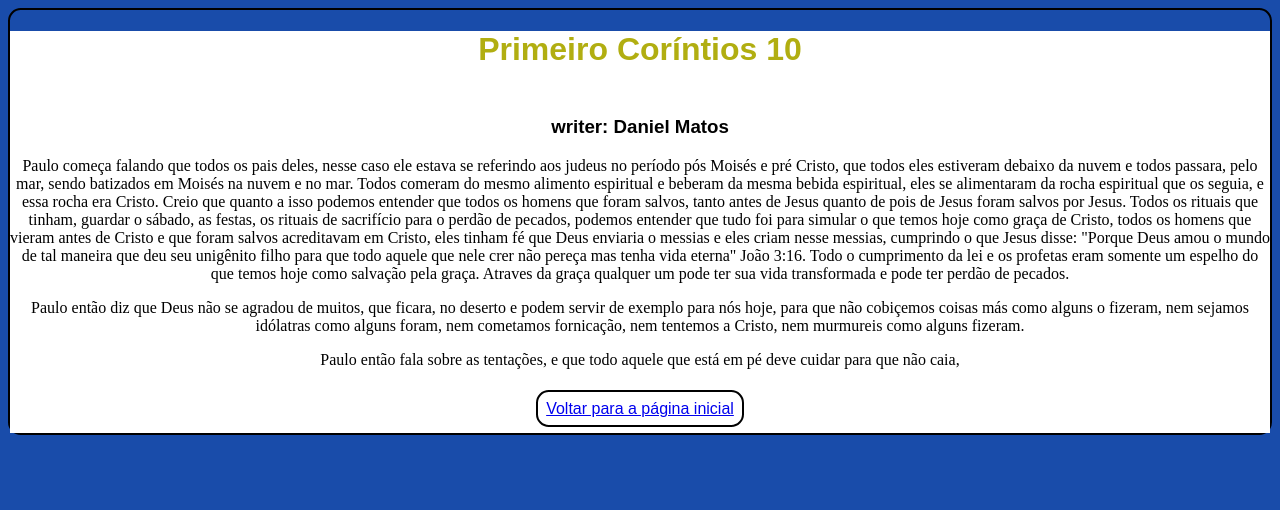
Repository: batmit/FutureFundation.github.io-1
Page: menu/articles/cristianism/coríntios/coríntios10.html
These files come from the project's save history. The page is drawn as it stood at one moment and after the next save; the edit follows.
The browser window is 1280 px wide. The pictures show the whole page.

Above is the page before, as saved 2021-08-26 12:52:05.

### menu/articles/cristianism/coríntios/coríntios10.html
<!DOCTYPE html>
<html lang="pt-BR">
<head>
    <meta charset="UTF-8">
    <meta http-equiv="X-UA-Compatible" content="IE=edge">
    <meta name="viewport" content="width=device-width, initial-scale=1.0">
    <title>Primeiro Coríntios 10</title>
    <link rel="stylesheet" href="/menu/main.css">
</head>
<body>

    <div id="all">
        <header>
            <h1>Primeiro Coríntios 10</h1>
            <h3>writer: Daniel Matos</h3>
        </header>

        <p>Paulo começa falando que todos os pais deles, nesse caso ele estava se referindo aos judeus no período pós Moisés e pré Cristo, que todos eles estiveram debaixo da nuvem e todos passara, pelo mar, sendo batizados em Moisés na nuvem e no mar. Todos comeram do mesmo alimento espiritual e beberam da mesma bebida espiritual, eles se alimentaram da rocha espiritual que os seguia, e essa rocha era Cristo. Creio que quanto a isso podemos entender que todos os homens que foram salvos, tanto antes de Jesus quanto de pois de Jesus foram salvos por Jesus. Todos os rituais que tinham, guardar o sábado, as festas, os rituais de sacrifício para o perdão de pecados, podemos entender que tudo foi para simular o que temos hoje como graça de Cristo, todos os homens que vieram antes de Cristo e que foram salvos acreditavam em Cristo, eles tinham fé que Deus enviaria o messias e eles criam nesse messias, cumprindo o que Jesus disse: "Porque Deus amou o mundo de tal maneira que deu seu unigênito filho para que todo aquele que nele crer não pereça mas tenha vida eterna" João 3:16. Todo o cumprimento da lei e os profetas eram somente um espelho do que temos hoje como salvação pela graça. Atraves da graça qualquer um pode ter sua vida transformada e pode ter perdão de pecados. </p>

        <p>Paulo então diz que Deus não se agradou de muitos, que ficara, no deserto e podem servir de exemplo para nós hoje, para que não cobiçemos coisas más como alguns o fizeram, nem sejamos idólatras como alguns foram, nem cometamos fornicação, nem tentemos a Cristo, nem murmureis como alguns fizeram. </p>

        <p>Paulo então fala sobre as tentações, e que todo aquele que está em pé deve cuidar para que não caia, </p>


        <a href="/index.html">Voltar para a página inicial</a>
    </div>
</body>
</html>

### menu/main.css
body{

    text-align: center;

    border: black 2px solid;

    border-radius: 0.8rem;

    font-family: 'Poppins', sans-serif;

    background-color: #194caa;


}

#articles {
    gap: 3px;
}

#all{

    background-color: white;

}


#codigo{
    text-align:left;

}


img{
    text-align: center;
    justify-content: center;

}

p{

    font-family: 'Poppins';

}
a{
    border: 2px solid black;

    border-radius: 0.8rem;

    box-sizing: border-box;

    padding: 0.5rem;

    line-height:3rem;

    margin: 2px;


}

a:hover{

    background-color:rgb(80, 158, 231);

}

h1{

    margin-bottom: 3rem;

    color: rgb(177, 174, 17);

}

audio {
    -webkit-transition:all 0.5s linear;
    -moz-transition:all 0.5s linear;
    -o-transition:all 0.5s linear;
    transition:all 0.5s linear;
    -moz-box-shadow: 2px 2px 4px 0px #006773;
    -webkit-box-shadow:  2px 2px 4px 0px #006773;
    box-shadow: 2px 2px 4px 0px #006773;
    -moz-border-radius:7px 7px 7px 7px ;
    -webkit-border-radius:7px 7px 7px 7px ;
    border-radius:7px 7px 7px 7px ;
}

audio:hover, audio:focus, audio:active {

-webkit-box-shadow: 15px 15px 20px rgba(0,0, 0, 0.4);
-moz-box-shadow: 15px 15px 20px rgba(0,0, 0, 0.4);
box-shadow: 15px 15px 20px rgba(0,0, 0, 0.4);
-webkit-transform: scale(1.05);
-moz-transform: scale(1.05);
transform: scale(1.05);

}



@media (max-width: 900px) {


    a{

        display: block;
        line-height: 0.5rem;
        padding: 1rem;

    }

    #img{
        text-align: right;
    }

}

@media (prefers-color-scheme: dark) {
    #all{

        background-color: black;

    }

    h1{
        color: white
    }

    p{
        color: white;
    }

    a{
        background-color: aqua;
    }

    h3{
        color: white;
    }

    strong {
        color: white;
    }


}

After the next save:
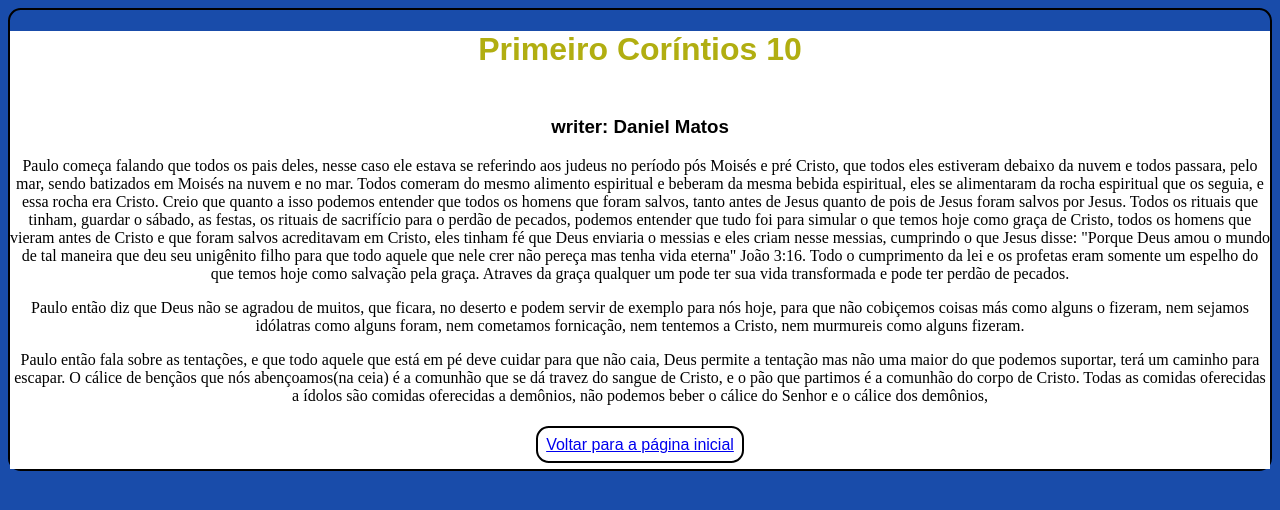
Saved 3 min 52 s later.
--- a/menu/articles/cristianism/coríntios/coríntios10.html
+++ b/menu/articles/cristianism/coríntios/coríntios10.html
@@ -19,7 +19,8 @@
 
         <p>Paulo então diz que Deus não se agradou de muitos, que ficara, no deserto e podem servir de exemplo para nós hoje, para que não cobiçemos coisas más como alguns o fizeram, nem sejamos idólatras como alguns foram, nem cometamos fornicação, nem tentemos a Cristo, nem murmureis como alguns fizeram. </p>
 
-        <p>Paulo então fala sobre as tentações, e que todo aquele que está em pé deve cuidar para que não caia, </p>
+        <p>Paulo então fala sobre as tentações, e que todo aquele que está em pé deve cuidar para que não caia, Deus permite a tentação mas não uma maior do que podemos suportar, terá um caminho para escapar. O cálice de bençãos que nós abençoamos(na ceia) é a comunhão que se dá travez do sangue de Cristo, e o pão que partimos é a comunhão do corpo de Cristo. Todas as comidas oferecidas a ídolos são comidas oferecidas a demônios, não podemos beber o cálice do Senhor e o cálice dos demônios,
+        </p>
 
 
         <a href="/index.html">Voltar para a página inicial</a>
